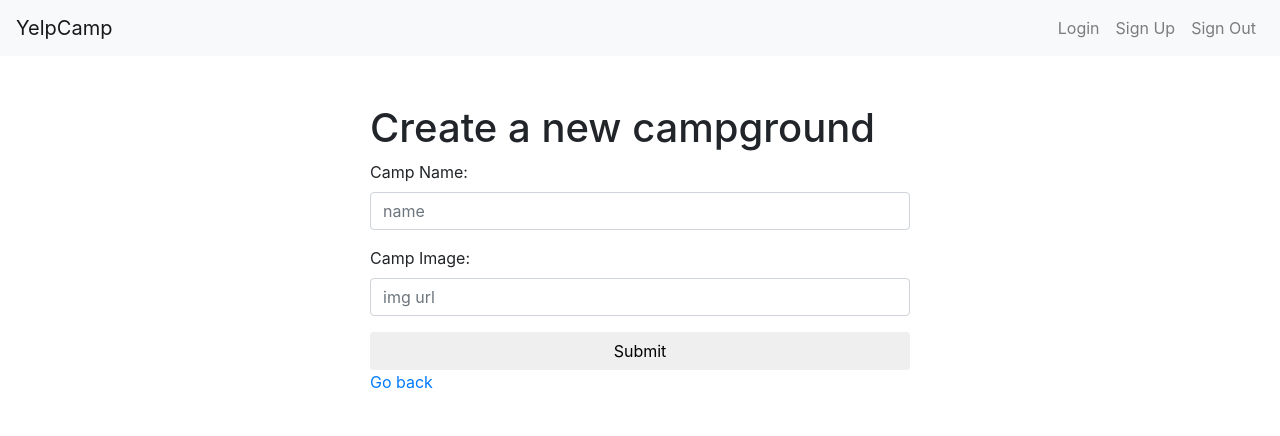
Repository: jbell0385/sandbox
Page: http://localhost/campgrounds/new
The author's editor kept a record of every edit. The page is drawn from the files as they stood at one moment, then again after the next edit.
The browser window is 1280 px wide. The pictures show the whole page.
The page is served by the project's Node server (YelpCamp/v1/app.js).

Above is the page before.

### webdevbootcamp/workspace/YelpCamp/v1/views/new.ejs
<% include partials/header %>

<div class="container">

    <div class="row d-flex flex-row justify-content-center">
        <div class="col-6">
            <h1>Create a new campground</h1>

            <form action="/campgrounds" method="POST">
                <div class="form-group">
                    <label for="campName">Camp Name:</label>
                    <input id="campName" class="form-control" type='text' name="name" placeholder='name'>
                </div>
                <div class="form-group">
                    <label for="campImage">Camp Image:</label>
                    <input id="campImage" class="form-control" type="text" name="image" placeholder="img url">
                </div>
                    <button class="btn btn-default btn-block" type="submit" >Submit</button>

            </form>

            <a href="/campgrounds">Go back</a>
        </div>

    </div>


</div>
<% include partials/footer %>

### webdevbootcamp/workspace/YelpCamp/v1/views/partials/header.ejs
<!DOCTYPE html>
<html>
    <head>
        <title>YelpCamp</title>
        <link rel="stylesheet" href="https://maxcdn.bootstrapcdn.com/bootstrap/4.0.0/css/bootstrap.min.css" integrity="sha384-Gn5384xqQ1aoWXA+058RXPxPg6fy4IWvTNh0E263XmFcJlSAwiGgFAW/dAiS6JXm" crossorigin="anonymous">
    </head>
    <body>
    <nav class="navbar navbar-expand-lg navbar-light bg-light mb-5">
      <a class="navbar-brand" href="/">YelpCamp</a>
      <button class="navbar-toggler" type="button" data-toggle="collapse" data-target="#navbarSupportedContent" aria-controls="navbarSupportedContent" aria-expanded="false" aria-label="Toggle navigation">
        <span class="navbar-toggler-icon"></span>
      </button>

      <div class="collapse navbar-collapse" id="navbarSupportedContent">
        <ul class="navbar-nav ml-auto">
          <li class="nav-item">
            <a class="nav-link" href="/">Login</a>
          </li>
          <li class="nav-item">
            <a class="nav-link" href="/">Sign Up</a>
          </li>
          <li class="nav-item">
            <a class="nav-link" href="/">Sign Out</a>
          </li>
      </div>
    </nav>

### webdevbootcamp/workspace/YelpCamp/v1/views/partials/footer.ejs



    </body>
</html>

### webdevbootcamp/workspace/YelpCamp/v1/app.js
var express = require("express");
var app = express();
var bodyParser = require("body-parser");

app.use(bodyParser.urlencoded({extended:true}))
app.set('view engine',"ejs");


var campgrounds = [
        {name:"Salmon Creek", image:"http://haulihuvila.com/wp-content/uploads/2012/09/hauli-huvila-campgrounds-lg.jpg"},
        {name:"Big Bear",image:"http://www.chippewalanding.com/images/sized%20280/campgrounds-campsite.jpg"},
        {name:"Little Bear",image:"https://www.fs.usda.gov/Internet/FSE_MEDIA/stelprdb5306226.jpg"}
    ]

app.get("/",(req,res)=>{
    res.render("landing");
})

app.get("/campgrounds", (req,res)=>{

    res.render("campgrounds",{campgrounds:campgrounds});
})

app.post("/campgrounds", (req,res)=>{
    //get data from form and add to campgrounds array
    var name = req.body.name;
    var image = req.body.image;
    var newCampground = {name:name, image:image};
    campgrounds.push(newCampground);
    //redirect back to campgrounds page
    res.redirect("/campgrounds");
})

app.get("/campgrounds/new",(req,res)=>{
    res.render("new.ejs");
})

app.listen(process.env.PORT, process.env.IP, function(){
    console.log("Yelp Camp Server has started");
})

After the next edit:
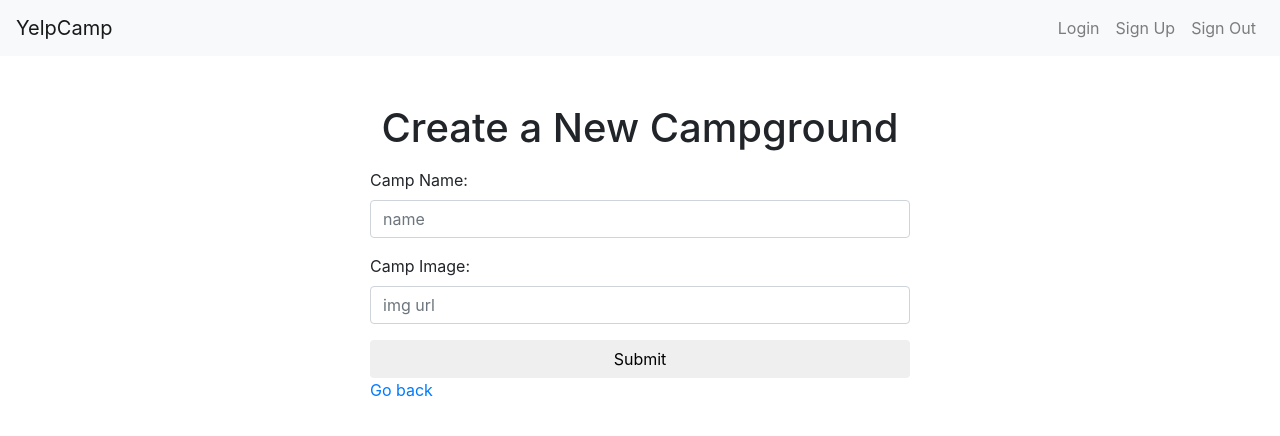
The edit:
--- a/webdevbootcamp/workspace/YelpCamp/v1/views/new.ejs
+++ b/webdevbootcamp/workspace/YelpCamp/v1/views/new.ejs
@@ -4,7 +4,7 @@
 
     <div class="row d-flex flex-row justify-content-center">
         <div class="col-6">
-            <h1>Create a new campground</h1>
+            <h1 class="text-center mb-3">Create a New Campground</h1>
 
             <form action="/campgrounds" method="POST">
                 <div class="form-group">
